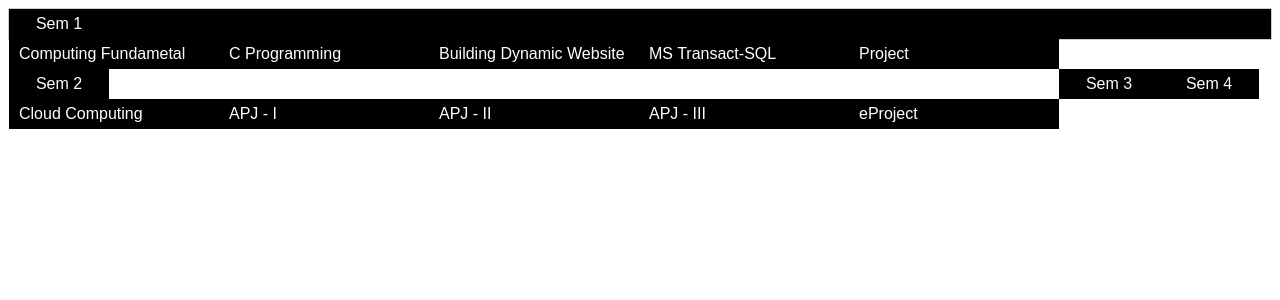
Repository: congle98/CSS_MenuNgangCoBan
Page: index.html
These files come from the project's save history. The page is drawn as it stood at one moment and after a run of saves; the edit follows.
The browser window is 1280 px wide. The pictures show the whole page.
The pointer rests on the first visible `#menu li a`.

Above is the page before, as saved 2021-05-26 14:53:11.

### index.html
<!DOCTYPE html>
<html lang="en">
<head>
    <meta charset="UTF-8">
    <title>Title</title>
    <link rel="stylesheet" href="style.css">
</head>
<body>
<div id="menu">
    <ul>

        <li><a href="#">Sem 1</a>
            <ul>
                <li><a href="#">Computing Fundametal</a></li>
                <li><a href="#">C Programming</a></li>
                <li><a href="#">Building Dynamic Website</a></li>
                <li><a href="#">MS Transact-SQL</a></li>
                <li><a href="#">Project</a></li>
            </ul>
        </li>
        <li><a href="#">Sem 2 </a>
            <ul>
                <li><a href="#">Cloud Computing</a></li>
                <li><a href="#">APJ - I</a></li>
                <li><a href="#">APJ - II</a></li>
                <li><a href="#">APJ - III</a></li>
                <li><a href="#">eProject</a></li>
            </ul>
        </li>
        <li><a href="#">Sem 3</a></li>
        <li><a href="#">Sem 4</a></li>

    </ul>
</div>
</body>
</html>

### style.css
body{
    font-family: Arial;
}

#menu{
    height: 30px;
    padding:0;
    margin:0;
    background-color: #000000;
    border: 1px solid #CDCDCD;
}

#menu ul, #menu li{
    padding:0;
    margin:0;
}
#menu li{
    position: relative;
    float: left;
    list-style: none;
    margin: 0;
    padding:0;
}
#menu li a {
    width: 100px;
    height: 30px;
    display: block;
    text-decoration: none;
    text-align: center;
    line-height: 30px;
    background-color: black;
    color: white;
}
#menu ul ul li a {
    width: 200px;
    text-align: left;
    padding-left: 10px;

}

After the next 2 saves:
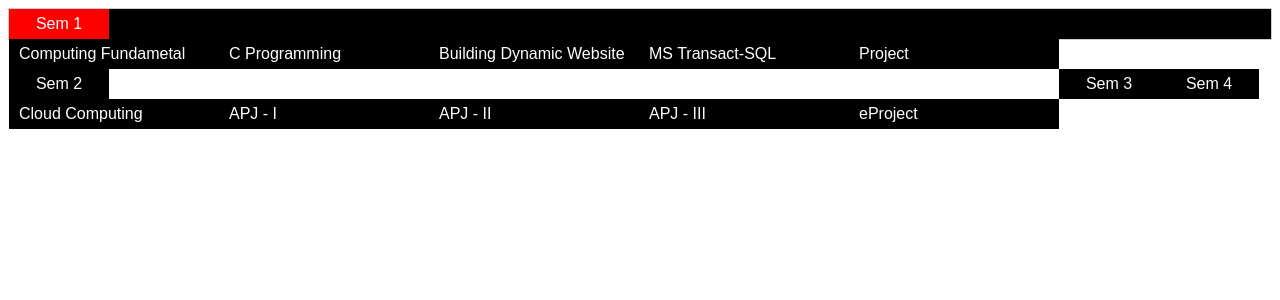
The 2 saves are shown as one change because they came seconds apart.
The last was saved 84 s later.
--- a/style.css
+++ b/style.css
@@ -37,3 +37,6 @@ body{
     padding-left: 10px;
 
 }
+#menu li a:hover{
+    background-color: red;
+}
